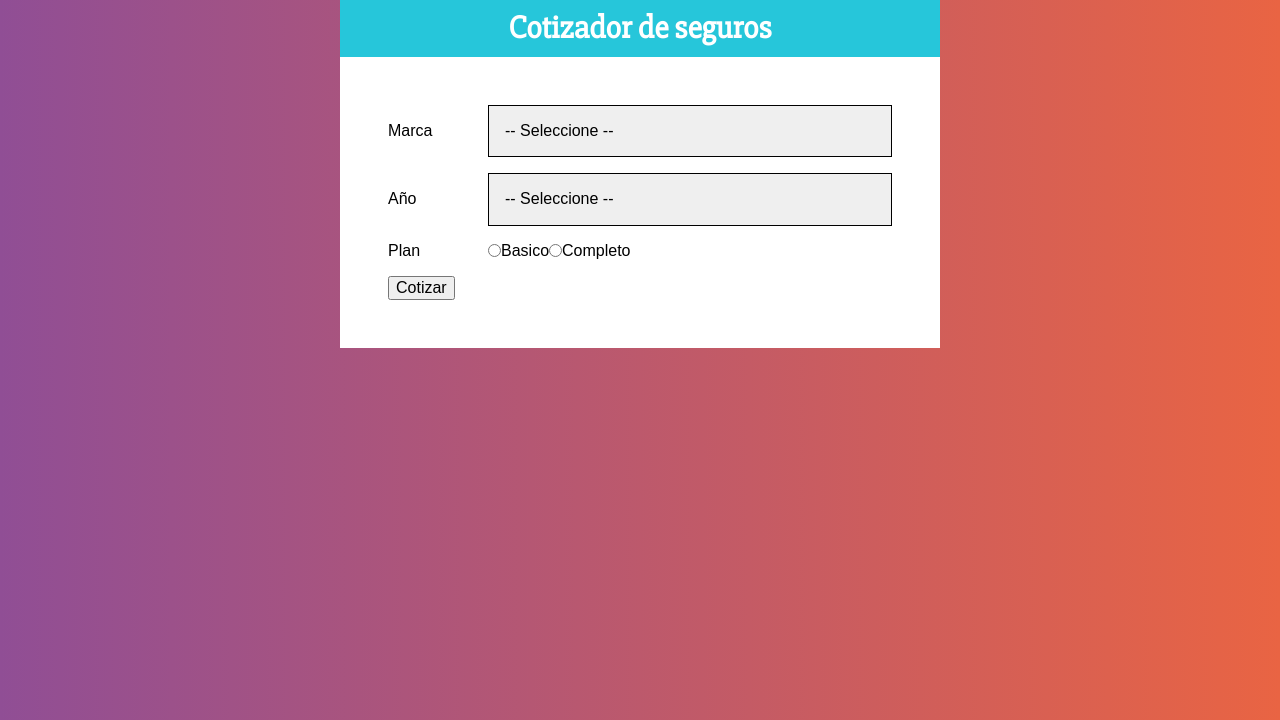
Repository: leonmezu1/cotizadorSeguroReact
Page: /
The author's editor kept a copy of each file at every save. The page is drawn from the files as they stood at one save, then again after the next save.
The browser window is 1280 px wide. The pictures show the whole page.
The project was rebuilt for these pictures with package versions that can differ from the ones it lists, and the page was loaded fresh each time.

Above is the page before, as saved 2020-10-09 11:52:10.

### public/index.html
<!DOCTYPE html>
<html lang="en">
  <head>
    <meta charset="utf-8" />
    <link rel="icon" href="%PUBLIC_URL%/favicon.ico" />
    <meta name="viewport" content="width=device-width, initial-scale=1" />
    <meta name="theme-color" content="#000000" />
    <meta
      name="description"
      content="Web site created using create-react-app"
    />
    <link rel="apple-touch-icon" href="%PUBLIC_URL%/logo192.png" />
    <!--
      manifest.json provides metadata used when your web app is installed on a
      user's mobile device or desktop. See https://developers.google.com/web/fundamentals/web-app-manifest/
    -->
    <link rel="manifest" href="%PUBLIC_URL%/manifest.json" />
    <!--
      Notice the use of %PUBLIC_URL% in the tags above.
      It will be replaced with the URL of the `public` folder during the build.
      Only files inside the `public` folder can be referenced from the HTML.

      Unlike "/favicon.ico" or "favicon.ico", "%PUBLIC_URL%/favicon.ico" will
      work correctly both with client-side routing and a non-root public URL.
      Learn how to configure a non-root public URL by running `npm run build`.
    -->
    <link
      rel="stylesheet"
      href="https://necolas.github.io/normalize.css/8.0.0/normalize.css"
    />
    <link
      rel="stylesheet"
      href="https://fonts.googleapis.com/css?family=Slabo+27px"
    />
    <title>Cotizador de autos</title>
  </head>
  <body>
    <noscript>You need to enable JavaScript to run this app.</noscript>
    <div id="root"></div>
    <!--
      This HTML file is a template.
      If you open it directly in the browser, you will see an empty page.

      You can add webfonts, meta tags, or analytics to this file.
      The build step will place the bundled scripts into the <body> tag.

      To begin the development, run `npm start` or `yarn start`.
      To create a production bundle, use `npm run build` or `yarn build`.
    -->
  </body>
</html>

### src/index.css
*,
*::before,
*::after {
  box-sizing: border-box;
}

body {
  background: #e96443;
  /* fallback for old browsers */
  background: -webkit-linear-gradient(to right, #904e95, #e96443);
  /* Chrome 10-25, Safari 5.1-6 */
  background: linear-gradient(to right, #904e95, #e96443);
  font-family: Arial, Helvetica, sans-serif;
}

ul {
  list-style: none;
  padding: none;
  margin: none;
}

span.resultado {
  position: relative;
  width: 100%;
}

.resultado-enter {
  transition: .5s;
}

.resultado-enter.resultado-enter-active {
  transform: translateY(0%);
}

.resultado-exit {
  transform: translateY(0);
  transition: .5s;
  position: absolute;
  left: 0;
  bottom: 0;
  right: 0;
}

.resultado-exit-active {
  opacity: 0;
  transform: translateY(-10%);
}

### src/App.js
import React from "react";
import Header from "./components/Header";
import styled from "@emotion/styled";
import Formulario from "./components/Formulario";

const Contenedor = styled.div`
  max-width: 600px;
  margin: 0 auto;
`;

const ContenedorFormulario = styled.div`
  background-color: #ffffff;
  padding: 3rem;
`;

function App() {
  return (
    <Contenedor>
      <Header titulo="Cotizador de seguros" />
      <ContenedorFormulario>
        <Formulario />
      </ContenedorFormulario>
    </Contenedor>
  );
}

export default App;

### src/components/Header.js
import React from "react";
import styled from "@emotion/styled";

const ContenedorHeader = styled.header`
  background-color: #26c6da;
  padding: 10px;
  font-weight: bold;
  color: #ffffff;
`;

const TextoHeader = styled.h1`
  font-size: 2rem;
  margin: 0;
  font-family: "Slabo 27px", serif;
  text-align: center;
`;

const Header = ({ titulo }) => (
  <ContenedorHeader>
    <TextoHeader>{titulo}</TextoHeader>
  </ContenedorHeader>
);

export default Header;

### src/components/Formulario.js
import React from "react";
import styled from "@emotion/styled";

const Campo = styled.div`
  display: flex;
  margin-bottom: 1rem;
  align-items: center;
`;

const Label = styled.label`
  flex: 0 0 100px;
`;

const Select = styled.select`
  display: block;
  width: 100%;
  padding: 1rem;
  border: 1px solid;
  -webkit-appearance: none;
`;

const Formulario = () => {
  return (
    <form>
      <Campo>
        <Label>Marca</Label>
        <Select>
          <option value="">-- Seleccione --</option>
          <option value="americano">Americano</option>
          <option value="europeo">Europeo</option>
          <option value="asiatico">Asiatico</option>
        </Select>
      </Campo>
      <Campo>
        <Label>Año</Label>
        <Select>
          <option value="">-- Seleccione --</option>
          <option value="2021">2021</option>
          <option value="2020">2020</option>
          <option value="2019">2019</option>
          <option value="2018">2018</option>
          <option value="2017">2017</option>
          <option value="2016">2016</option>
          <option value="2015">2015</option>
          <option value="2014">2014</option>
          <option value="2013">2013</option>
          <option value="2012">2012</option>
        </Select>
      </Campo>
      <Campo>
        <Label>Plan</Label>
        <input type="radio" name="plan" value="basico" /> Basico
        <input type="radio" name="plan" value="completo" /> Completo
      </Campo>
      <button type="button">Cotizar</button>
    </form>
  );
};

export default Formulario;

Loaded but not shown: src/index.js (common file); src/serviceWorker.js (common file)

After the next save:
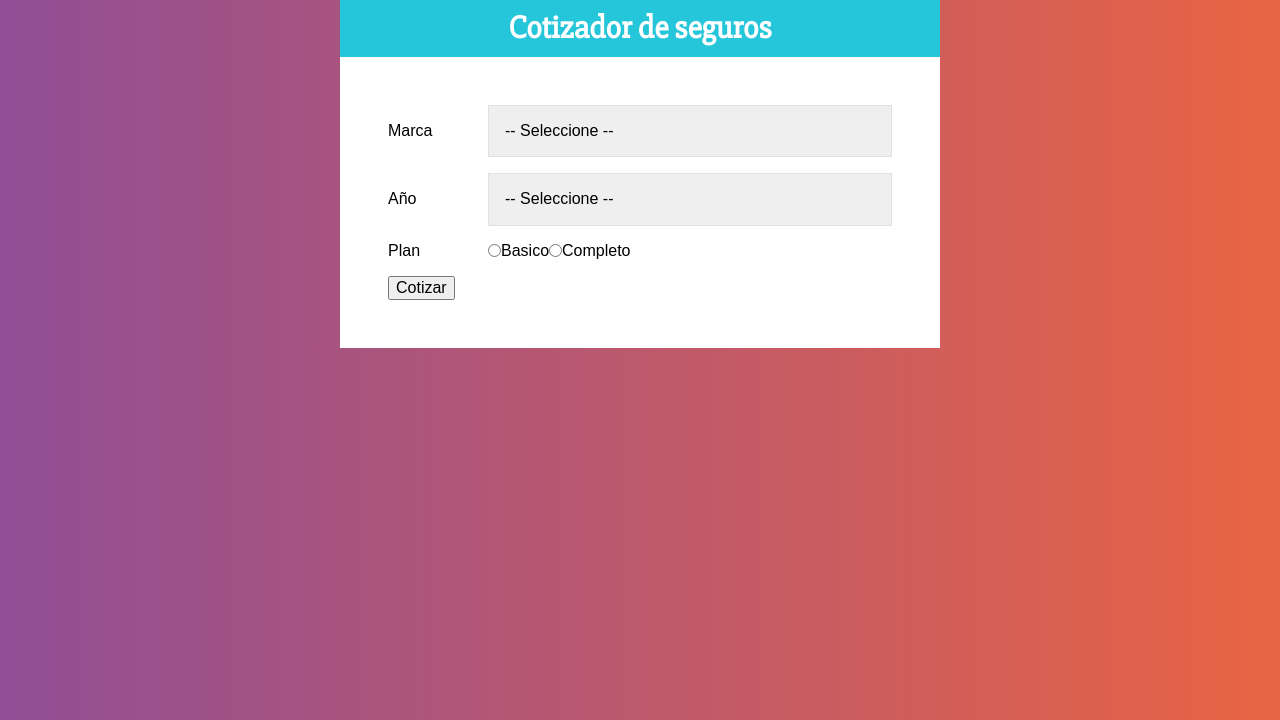
Saved 32 s later.
--- a/src/components/Formulario.js
+++ b/src/components/Formulario.js
@@ -15,7 +15,7 @@ const Select = styled.select`
   display: block;
   width: 100%;
   padding: 1rem;
-  border: 1px solid;
+  border: 1px solid #e1e1e1;
   -webkit-appearance: none;
 `;
 
